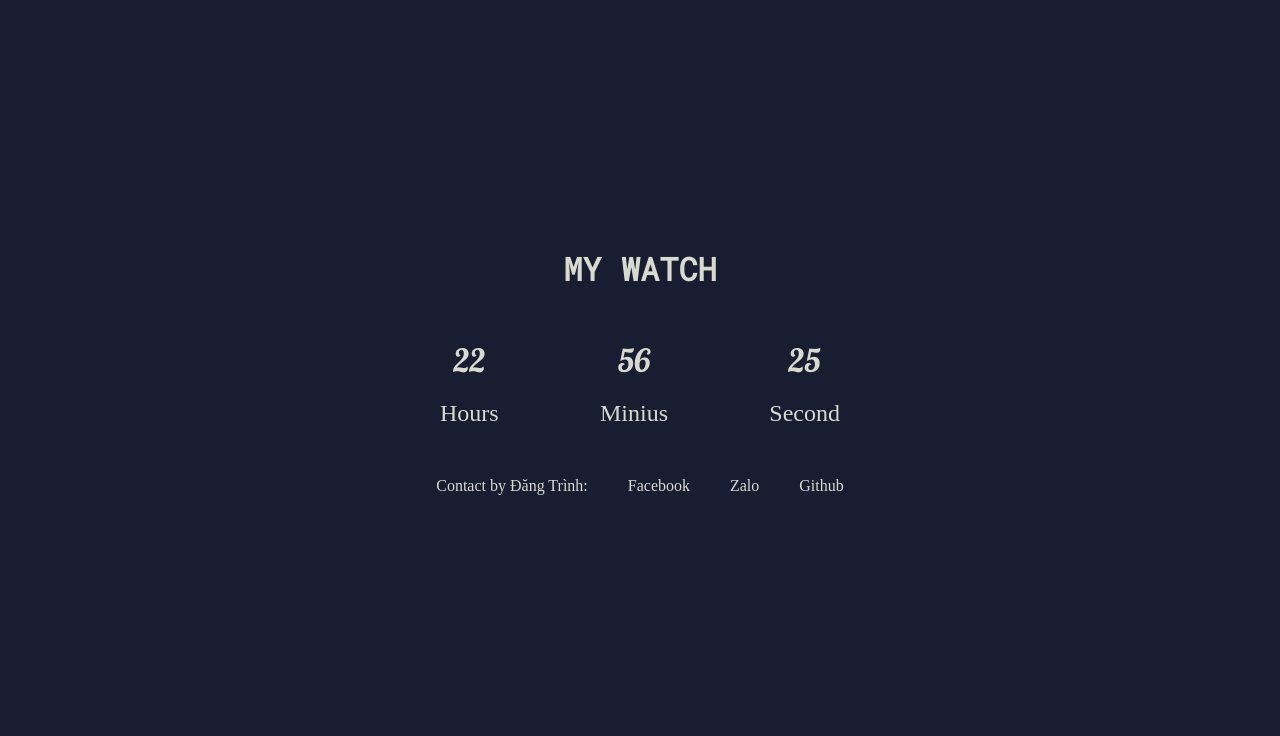
Repository: Dangtrinh28/myWatch
Page: index.html
The author's editor kept a copy of each file at every save. The page is drawn from the files as they stood at one save, then again after a run of saves.
The browser window is 1280 px wide. The pictures show the whole page.

Above is the page before, as saved 2022-12-07 00:11:44.

After the next 2 saves:
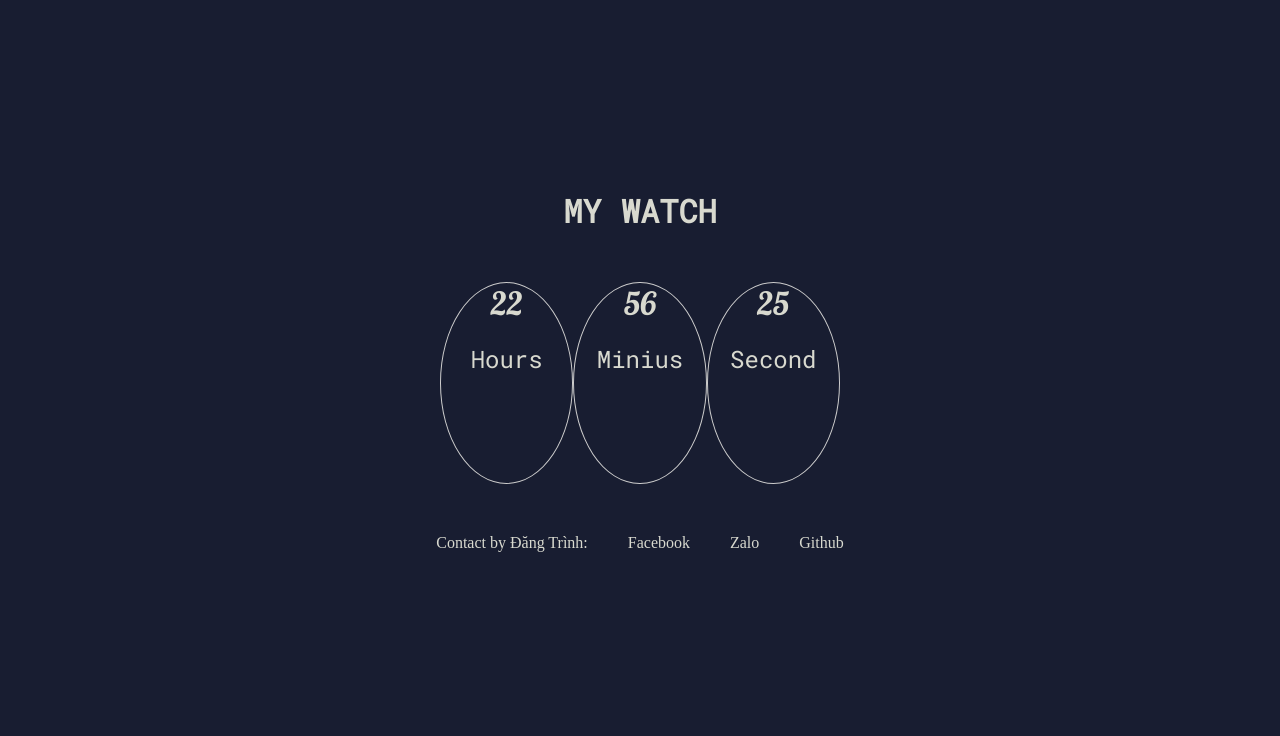
The 2 saves are shown as one change because they came seconds apart.
The last was saved 11 s later.
--- a/styles/main.css
+++ b/styles/main.css
@@ -32,10 +32,12 @@ body {
     font-size: 24px;
 }
 
-border: 1px solid #ccc;
+.watch_box-item {
+    border: 1px solid #ccc;
     width: 200px;
     border-radius: 50%;
     height: 200px;
+}
 
 .watch_box-item span{
     font-family: 'Roboto Mono', monospace;
